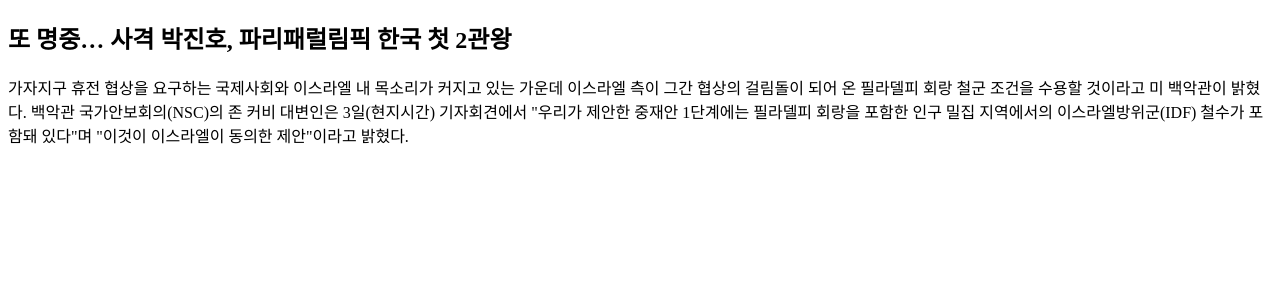
Repository: BaekDoHyeon/Kosta_04_FrontStudy
Page: http://localhost/web18_JQueryUI/tabpages/content3.jsp
An editor plug-in stored every save of this project. The page is shown before and after the next save, followed by the edit.
The browser window is 1280 px wide. The pictures show the whole page.
The page is served by Tomcat 9.

Above is the page before, as saved 2024-09-04 03:09:29.

After the next save:
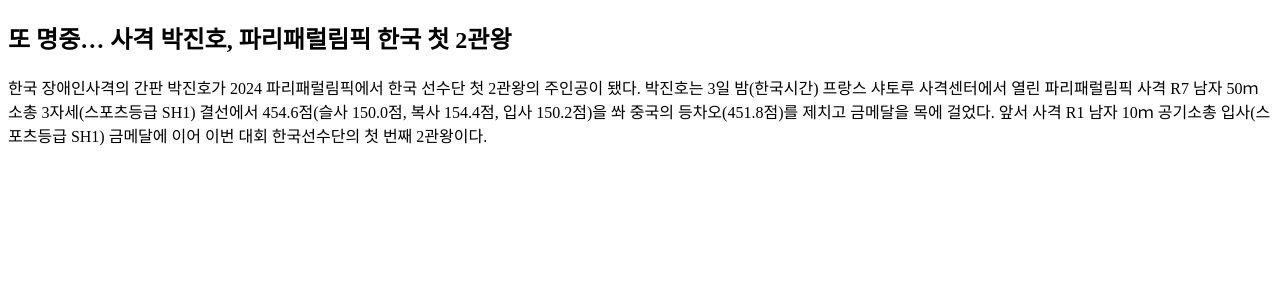
Saved 7 s later.
--- a/work05_BackEnd/web18_JQueryUI/src/main/webapp/tabpages/content3.jsp
+++ b/work05_BackEnd/web18_JQueryUI/src/main/webapp/tabpages/content3.jsp
@@ -10,8 +10,9 @@
 </head>
 <body>
 <h2>또 명중… 사격 박진호, 파리패럴림픽 한국 첫 2관왕</h2>
-<p>가자지구 휴전 협상을 요구하는 국제사회와 이스라엘 내 목소리가 커지고 있는 가운데 이스라엘 측이 그간 협상의 걸림돌이 되어 온 필라델피 회랑 철군 조건을 수용할 것이라고 미 백악관이 밝혔다.
+<p>한국 장애인사격의 간판 박진호가 2024 파리패럴림픽에서 한국 선수단 첫 2관왕의 주인공이 됐다.
 
-백악관 국가안보회의(NSC)의 존 커비 대변인은 3일(현지시간) 기자회견에서 "우리가 제안한 중재안 1단계에는 필라델피 회랑을 포함한 인구 밀집 지역에서의 이스라엘방위군(IDF) 철수가 포함돼 있다"며 "이것이 이스라엘이 동의한 제안"이라고 밝혔다.</p>
+박진호는 3일 밤(한국시간) 프랑스 샤토루 사격센터에서 열린 파리패럴림픽 사격 R7 남자 50ｍ 소총 3자세(스포츠등급 SH1) 결선에서 454.6점(슬사 150.0점, 복사 154.4점, 입사 150.2점)을 쏴 중국의 등차오(451.8점)를 제치고 금메달을 목에 걸었다. 앞서 사격 R1 남자 10ｍ 공기소총 입사(스포츠등급 SH1) 금메달에 이어 이번 대회 한국선수단의 첫 번째 2관왕이다.
+</p>
 </body>
 </html>
